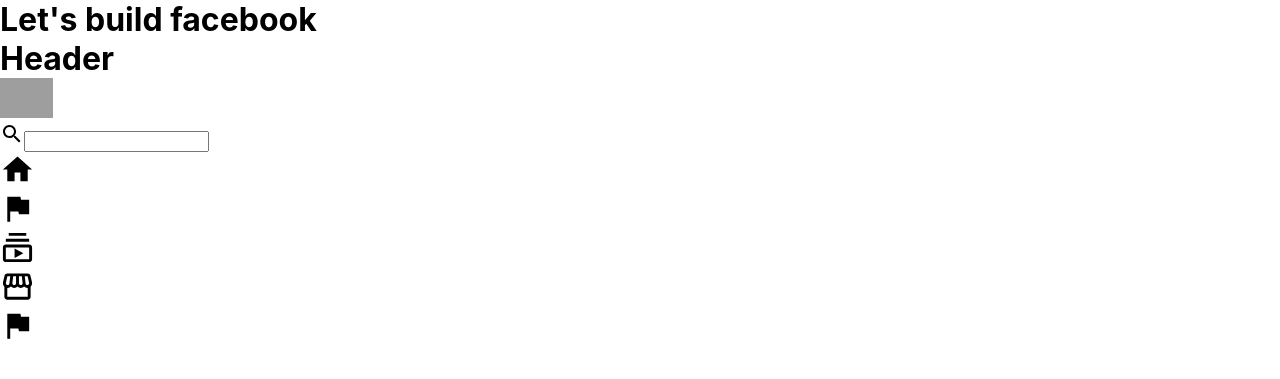
Repository: exiled-kal/FaceBook
Page: /
These files come from the project's save history. The page is drawn as it stood at one moment and after a run of saves; the edit follows.
The browser window is 1280 px wide. The pictures show the whole page.
Pictures or frames that could not be fetched are drawn as grey boxes. The project was rebuilt for these pictures with package versions that can differ from the ones it lists, and the page was loaded fresh each time. Also part of the build but not shown: src/App.css.

Above is the page before, as saved 2020-08-29 21:37:58.

### src/App.js
import React from 'react';
import './App.css';
import Header from './Header';

function App() {
  return (
    <div className="app">
      <h1>Let's build facebook</h1>

      {/* Header */}
      <Header />
      {/* App Body */}
      {/* SideBar */}
      {/* Feed */}
      {/* Widget */}
    </div>
  );
}

export default App;

### src/Header.js
import React from 'react';
import './Header.css';
import SearchIcon from '@material-ui/icons/Search';
import HomeIcon from '@material-ui/icons/Home';
import FlagIcon from '@material-ui/icons/Flag';
import SubscriptionOutlinedIcon from '@material-ui/icons/SubscriptionsOutlined';
import StorefrontOutlinedIcon from '@material-ui/icons/StorefrontOutlined';
import SupervisedUserCircleIcon from '@material-ui/icons/SupervisedUserCircle';

function Header() {
  return (
    <div className="header">
      <h1>Header</h1>
      <div className="header__left">
        <img
          src="https://facebookbrand.com/wp-content/uploads/2019/04/f_logo_RGB-Hex-Blue_512.png?w=512&h=512"
          alt=""
        />
        <div className="header__input">
          <SearchIcon />
          <input type="text" />
        </div>
      </div>

      <div className="header__middle">
        <div className="header__option">
          <HomeIcon fontSize="large" />
        </div>
        <div className="header__option">
          <FlagIcon fontSize="large" />
        </div>
        <div className="header__option">
          <SubscriptionOutlinedIcon fontSize="large" />
        </div>
        <div className="header__option">
          <StorefrontOutlinedIcon fontSize="large" />
        </div>
        <div className="header__option">
          <FlagIcon fontSize="large" />
        </div>
      </div>

      <div className="header__right"></div>
    </div>
  );
}

export default Header;

### src/Header.css
.header__left > img {
  height: 40px;

}

Loaded but not shown: public/index.html (common file); src/index.js (common file); src/index.css (common file); src/serviceWorker.js (common file)

After the next 2 saves:
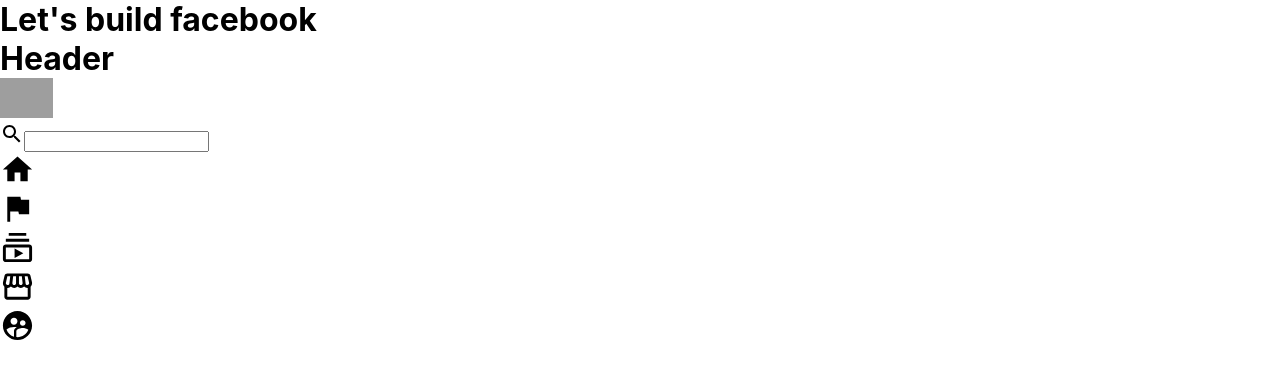
The 2 saves are shown as one change because 1 did not build or start.
The last was saved 13 s later.
--- a/src/Header.js
+++ b/src/Header.js
@@ -36,7 +36,7 @@
           <StorefrontOutlinedIcon fontSize="large" />
         </div>
         <div className="header__option">
-          <FlagIcon fontSize="large" />
+          <SupervisedUserCircleIcon fontSize="large" />
         </div>
       </div>
 
